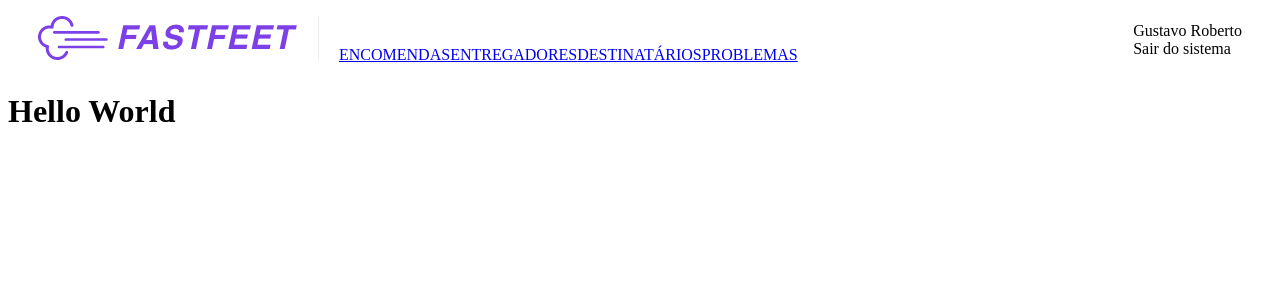
Repository: guuhx97/fastfeet
Page: / (app in frontend/)
An editor plug-in stored every save of this project. The page is shown before and after the next save, followed by the edit.
The browser window is 1280 px wide. The pictures show the whole page.
The project was rebuilt for these pictures with package versions that can differ from the ones it lists, and the page was loaded fresh each time.

Above is the page before, as saved 2020-06-26 15:07:50.

After the next save:
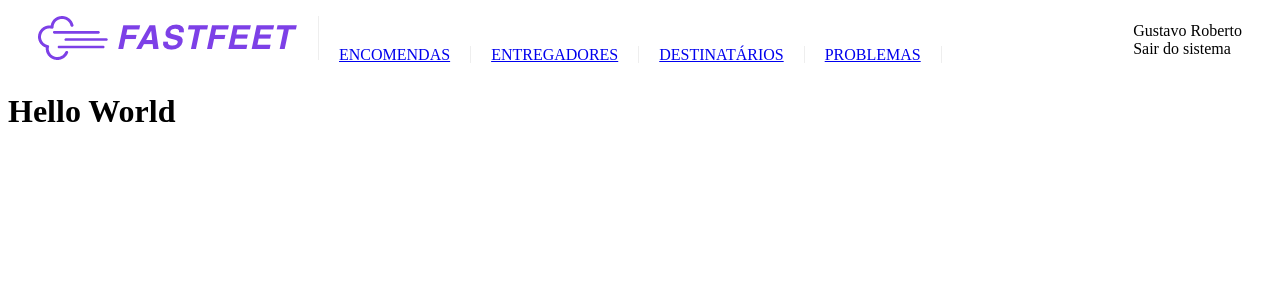
Saved 24 s later.
--- a/frontend/src/components/Header/styles.js
+++ b/frontend/src/components/Header/styles.js
@@ -18,6 +18,12 @@ export const Content = styled.div`
     padding-right: 20px;
     border-right: 1px solid #eee;
   }
+
+  a {
+    margin-right: 20px;
+      padding-right: 20px;
+      border-right: 1px solid #eee;
+  }
 `;
 
 export const Profile = styled.div`
